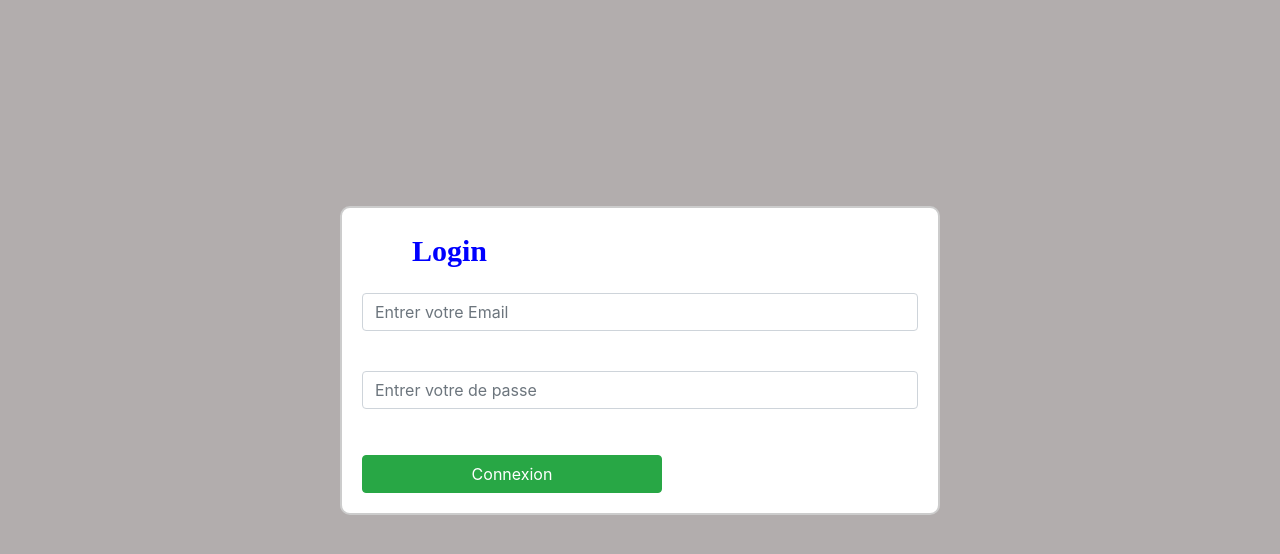
Repository: DiaryRz/FrontWeb
Page: /
An editor plug-in stored every save of this project. The page is shown before and after a run of saves, followed by the edit.
The browser window is 1280 px wide. The pictures show the whole page.
The project was rebuilt for these pictures with package versions that can differ from the ones it lists, and the page was loaded fresh each time. Also part of the build but not shown: src/component/css/Header.css, src/component/Header.jsx, src/page/css/AppAffichage.css, src/component/css/NavBar.css, src/component/NavBar.jsx, src/component/css/Model.css, src/component/InsertModel.jsx, src/page/AppAffichage.jsx and 26 more.

Above is the page before, as saved 2024-01-28 21:05:14.

After the next 2 saves:
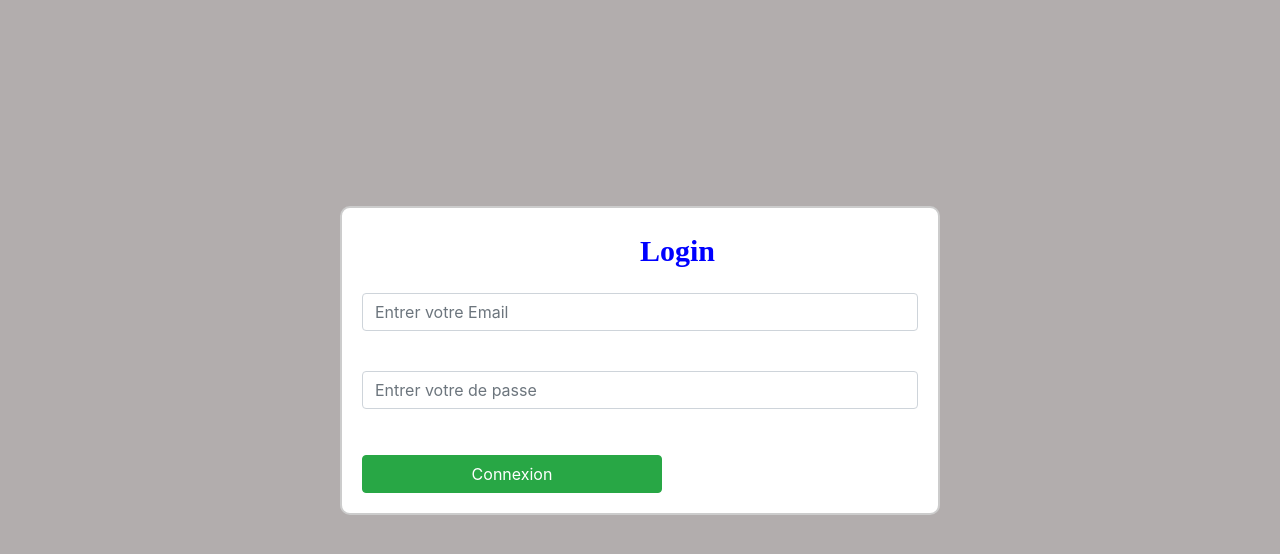
The 2 saves are shown as one change because they came seconds apart.
The last was saved 11 s later.
--- a/src/component/Login.js
+++ b/src/component/Login.js
@@ -57,7 +57,7 @@ const Login = () => {
         <form onSubmit={Inserer}>
            <div style={loginContainer}>
                     <form style={loginForm}>
-                        <div style={{ fontSize: '30px',fontFamily:'serif', marginBottom: '20px' ,color:'blue',marginLeft:'50px'}}><b>Login</b></div>
+                        <div style={{ fontSize: '30px',fontFamily:'serif', marginBottom: '20px' ,color:'blue',marginLeft:'50%'}}><b>Login</b></div>
                         <div className="mb-3">
                             <input type="email" className="form-control" placeholder="Entrer votre Email" value={nomUtilisateur} onChange={(e) => setnomUtilisateur(e.target.value)} />
                         </div>
